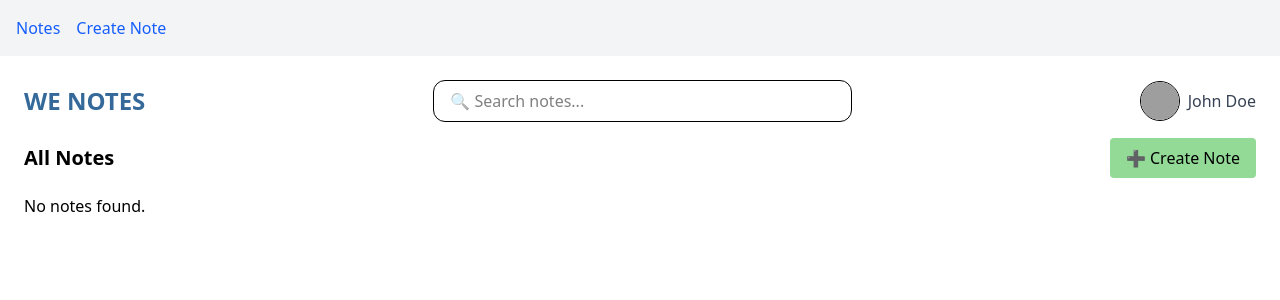
Repository: pin-seavmuy/NoteApplication
Page: / (app in note-vue/)
An editor plug-in stored every save of this project. The page is shown before and after a run of saves, followed by the edit.
The browser window is 1280 px wide. The pictures show the whole page.
Pictures or frames that could not be fetched are drawn as grey boxes. The page's requests for data from a server got no answer. The project was rebuilt for these pictures with package versions that can differ from the ones it lists, and the page was loaded fresh each time. No one was signed in, and anything a server would have sent is missing. Also part of the build but not shown: note-vue/vite.config.ts, note-vue/src/components/NoteWrapper.vue, note-vue/src/views/CreateNote.vue, note-vue/src/views/NoteDetail.vue, note-vue/src/views/UpdateNote.vue.

Above is the page before, as saved 2025-09-16 11:20:23.

After the next 3 saves:
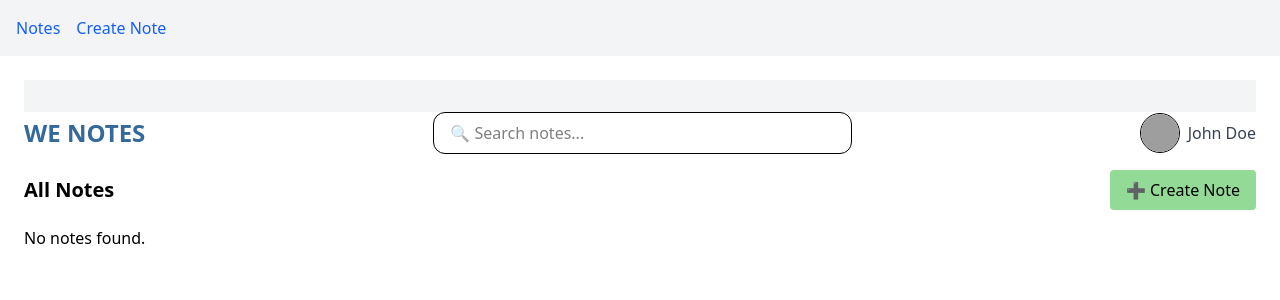
The 3 saves are shown as one change because they came seconds apart.
The last was saved 49 s later.
--- a/note-vue/src/views/NotesList.vue
+++ b/note-vue/src/views/NotesList.vue
@@ -1,5 +1,8 @@
 <template>
   <div class="p-6">
+    <nav class="p-4 bg-gray-100 flex space-x-4">
+
+    </nav>
     <div class="flex items-center justify-between mb-4 space-x-72">
       <h1 class="text-2xl font-bold " style="color: #34699A;">WE NOTES</h1>
 
